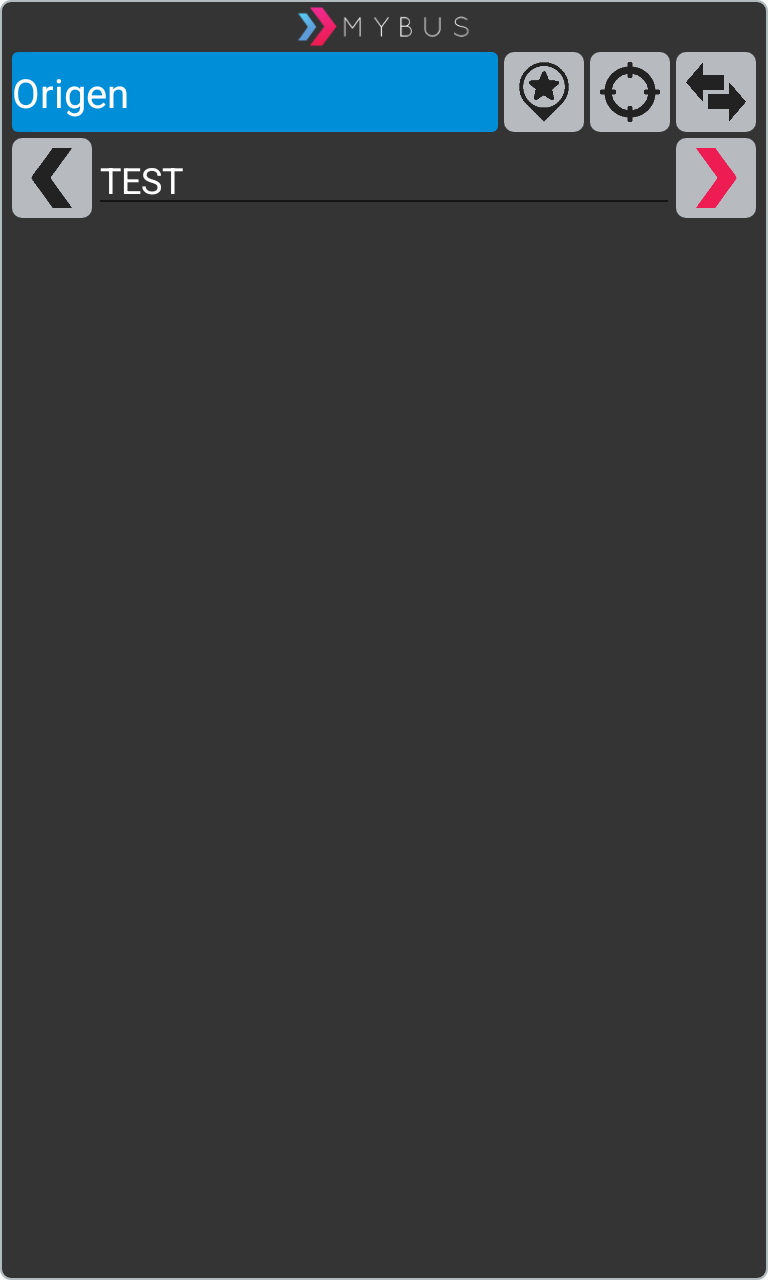
Repository: cooliopas/MyBus
Layout: MyBusAndroid/res/layout/fragment_filters.xml
The author's editor kept a copy of each file at every save. The layout is drawn from the files as they stood at one save, then again after the next save.
It is drawn on a 768 x 1280 px phone screen (xhdpi) without system bars, with theme AppTheme; the app's code is not run.

Above is the layout before, as saved 2014-08-30 20:39:11.

After the next save:
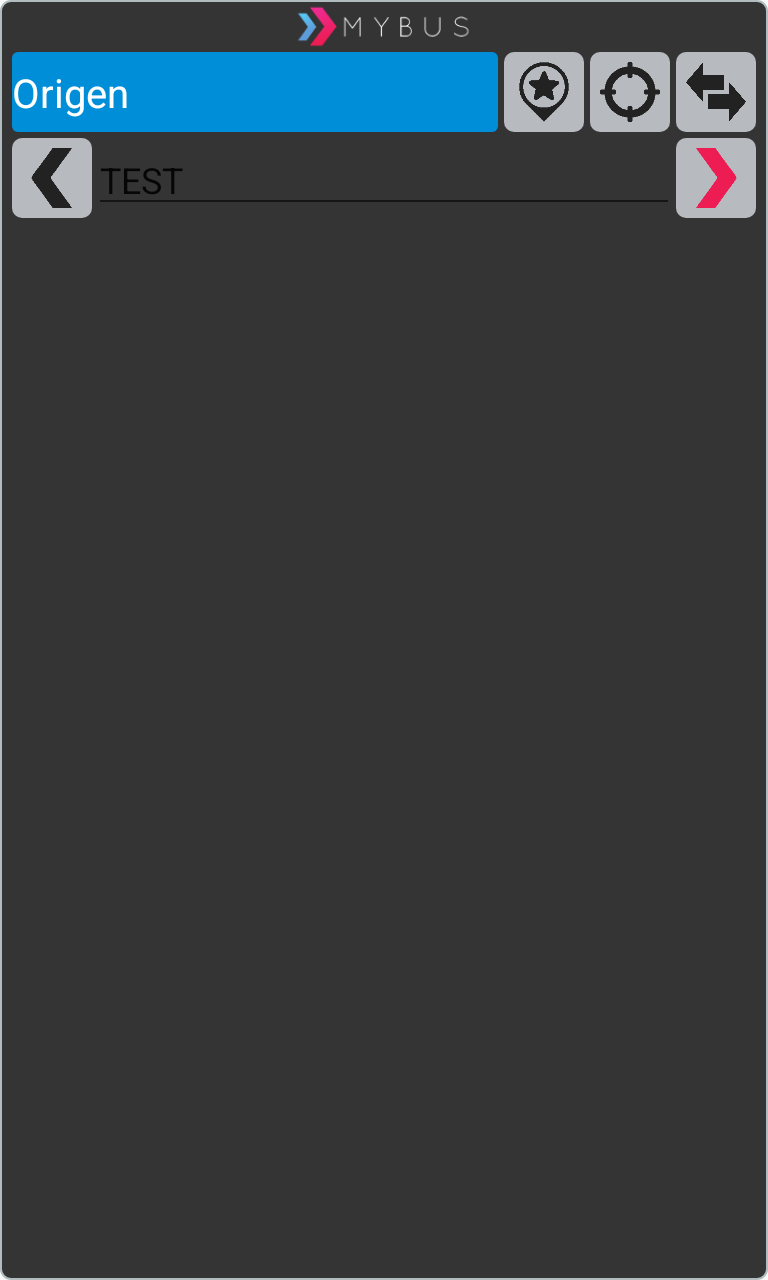
Saved 104 s later.
--- a/MyBusAndroid/res/layout/fragment_filters.xml
+++ b/MyBusAndroid/res/layout/fragment_filters.xml
@@ -143,7 +143,6 @@
                 android:hint="@string/IngreseOrigen"
                 android:inputType="textPersonName"
                 android:text="TEST"
-                android:textColor="@color/white"
                 android:typeface="sans" />
 
             <ImageButton
